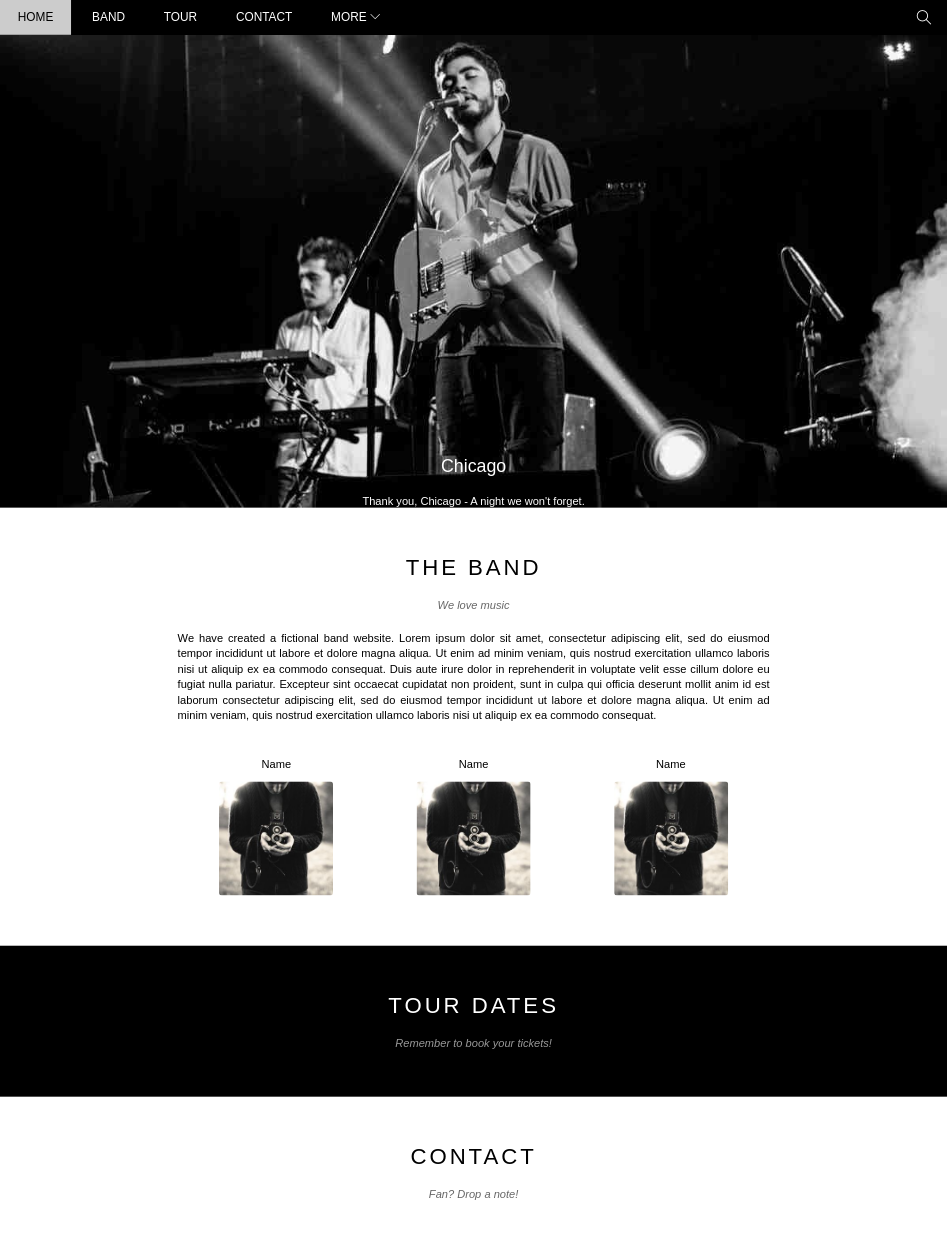
Repository: Thanhtrunghoang123/the-band
Page: index.html
These files come from the project's save history. The page is drawn as it stood at one moment and after the next save; the edit follows.
The browser window is 1280 px wide. The pictures show the whole page, at 74% of full size.

Above is the page before, as saved 2022-07-21 07:03:47.

After the next save:
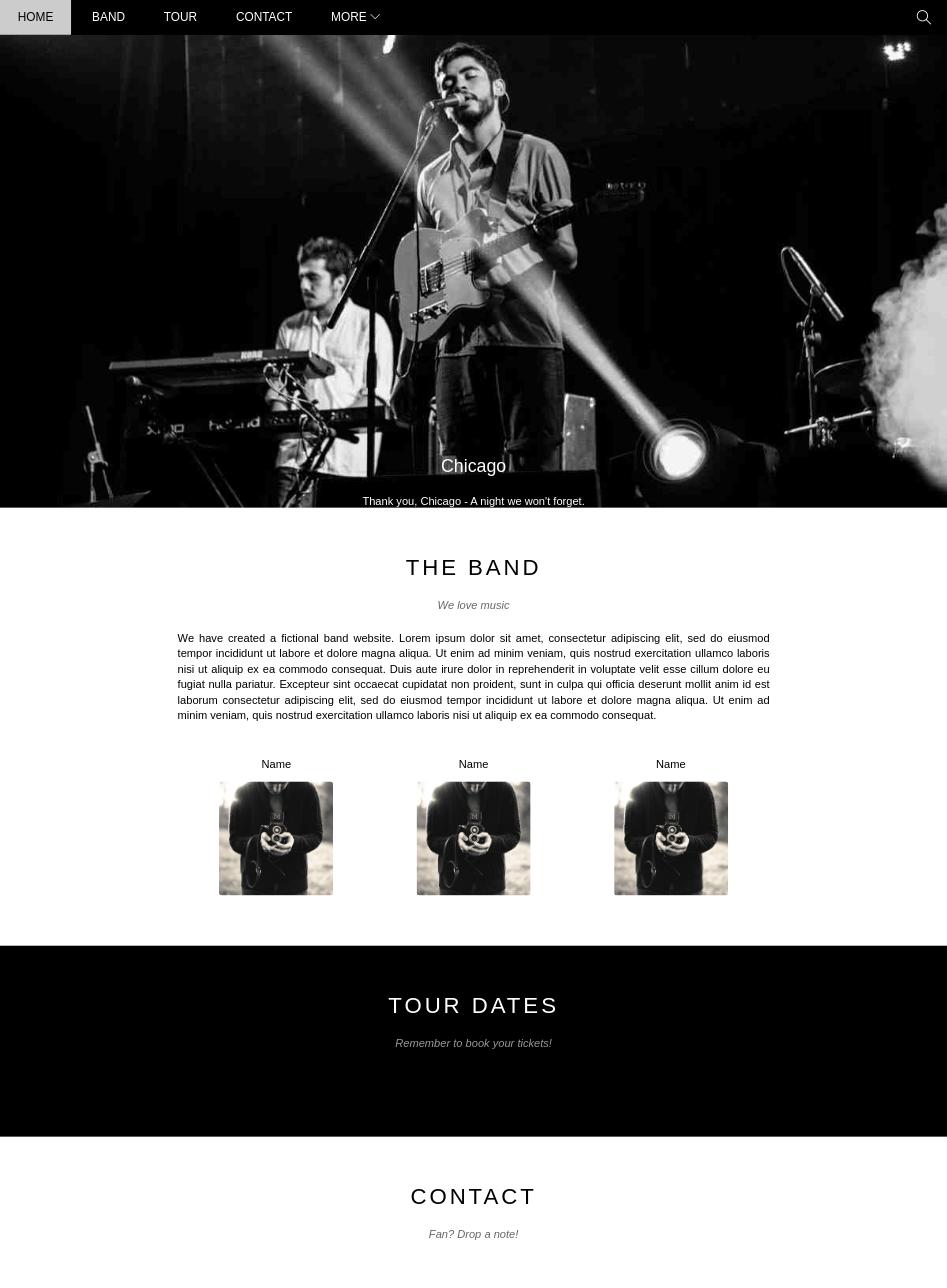
Saved 3 min 29 s later.
--- a/index.html
+++ b/index.html
@@ -80,6 +80,12 @@
                 <div class="content-section">
                     <h2 class="section-heading text-white">TOUR DATES</h2>
                     <p class="section-sub-heading text-white">Remember to book your tickets!</p>
+
+                    <ul class="tickets-list">
+                        <li>September <span class="sold-out">Sold out</span></li>
+                        <li></li>
+                        <li></li>
+                    </ul>
                 </div>
             </div>
             <!-- Contact section -->
